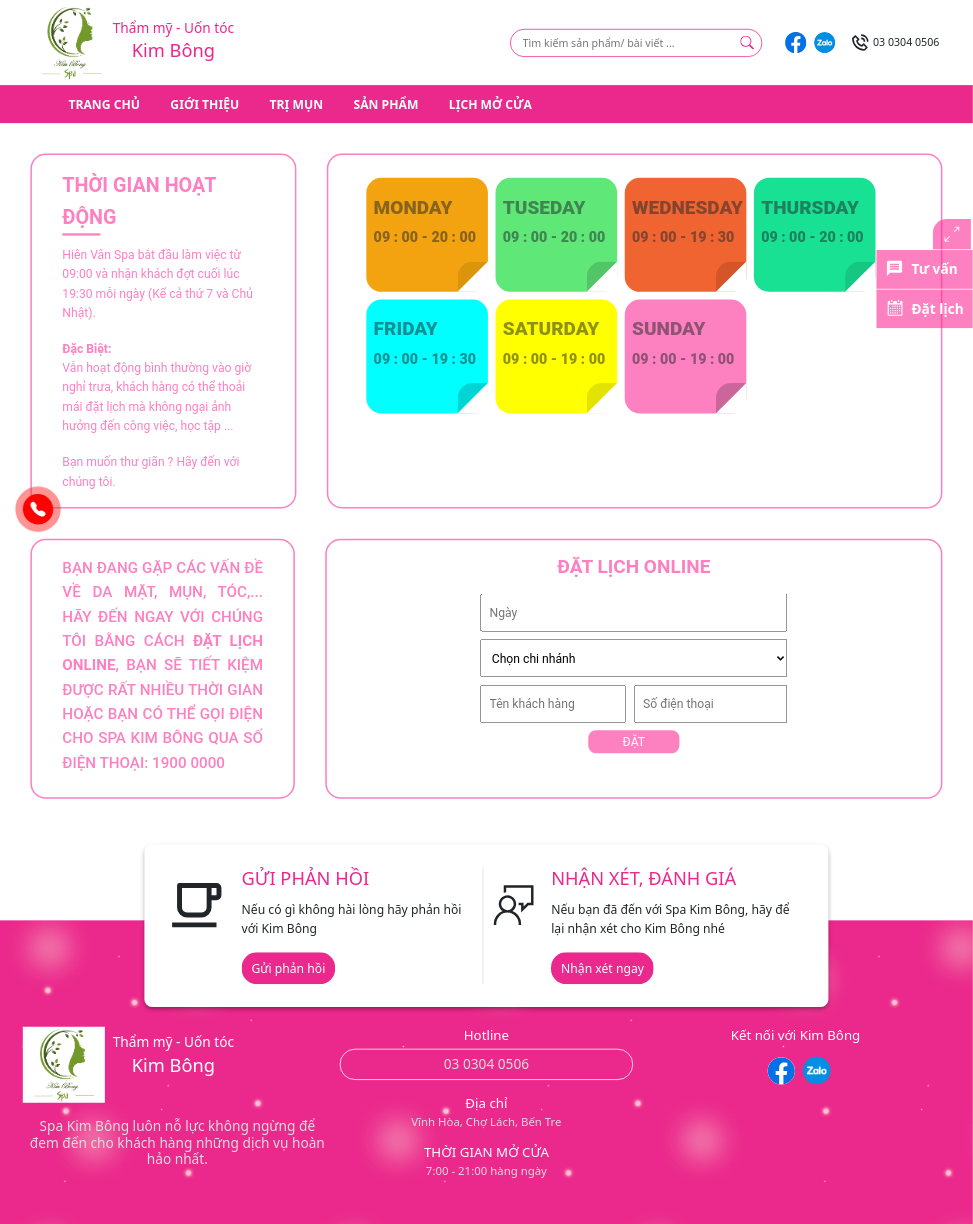
Repository: tranduykhuong/SpaKimBong
Page: /calendar
The author's editor kept a copy of each file at every save. The page is drawn from the files as they stood at one save, then again after the next save.
The browser window is 1280 px wide. The pictures show the whole page, at 76% of full size.
The project was rebuilt for these pictures with package versions that can differ from the ones it lists, and the page was loaded fresh each time. Also part of the build but not shown: src/components/Banner/banner.scss, src/components/Banner/Banner.js, src/pages/Home/home.scss, src/pages/Home/ListImage/listImage.scss, src/pages/Home/ListImage/ListImage.js, src/pages/Home/BookOnline/bookOnl.scss, src/pages/Home/BookOnline/Modal/ModalBook/modalbook.scss, src/pages/Home/BookOnline/Modal/ModalBook/modalbook.js and 28 more.

Above is the page before, as saved 2022-06-08 00:56:10.

After the next save:
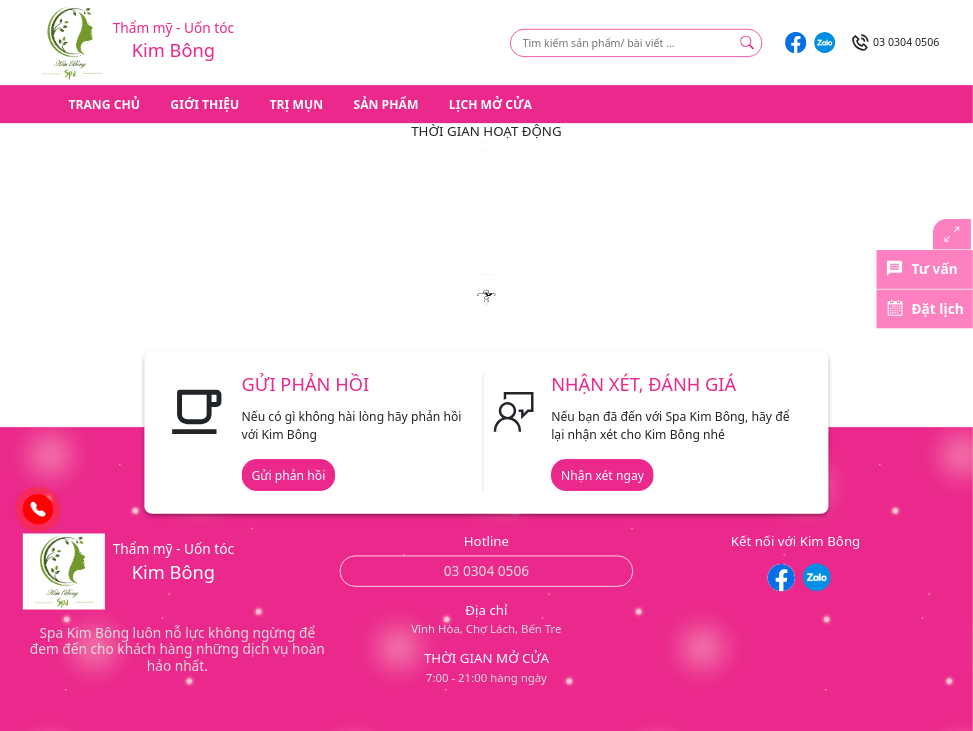
Saved 9 h 47 min later.
--- a/src/pages/Calendar/calendar.scss
+++ b/src/pages/Calendar/calendar.scss
@@ -1,5 +1,5 @@
-.container-calendar {
-  .container-bg-calendar {
+.calendar {
+  .calendar__bg {
     .calendar {
       display: flex;
       width: 100%;
